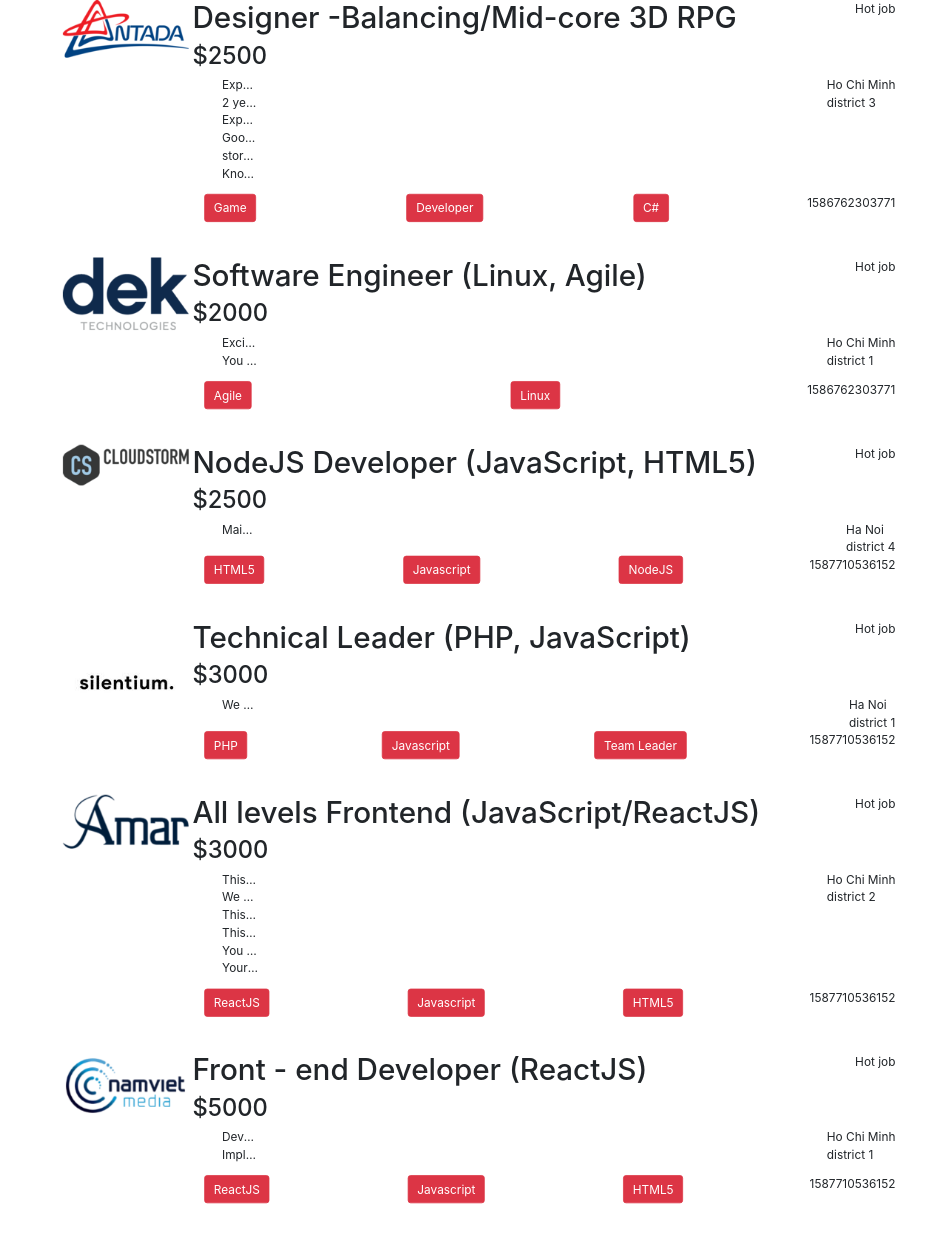
Repository: tts2610/itviec-clone
Page: /
The author's editor kept a copy of each file at every save. The page is drawn from the files as they stood at one save, then again after the next save.
The browser window is 1280 px wide. The pictures show the whole page, at 74% of full size.
The project was rebuilt for these pictures with package versions that can differ from the ones it lists, and the page was loaded fresh each time. Requests to the local data server were answered from the project's data file. Also part of the build but not shown: src/pages/Login.js, src/pages/Detail.js.

Above is the page before, as saved 2020-06-08 15:35:13.

After the next save:
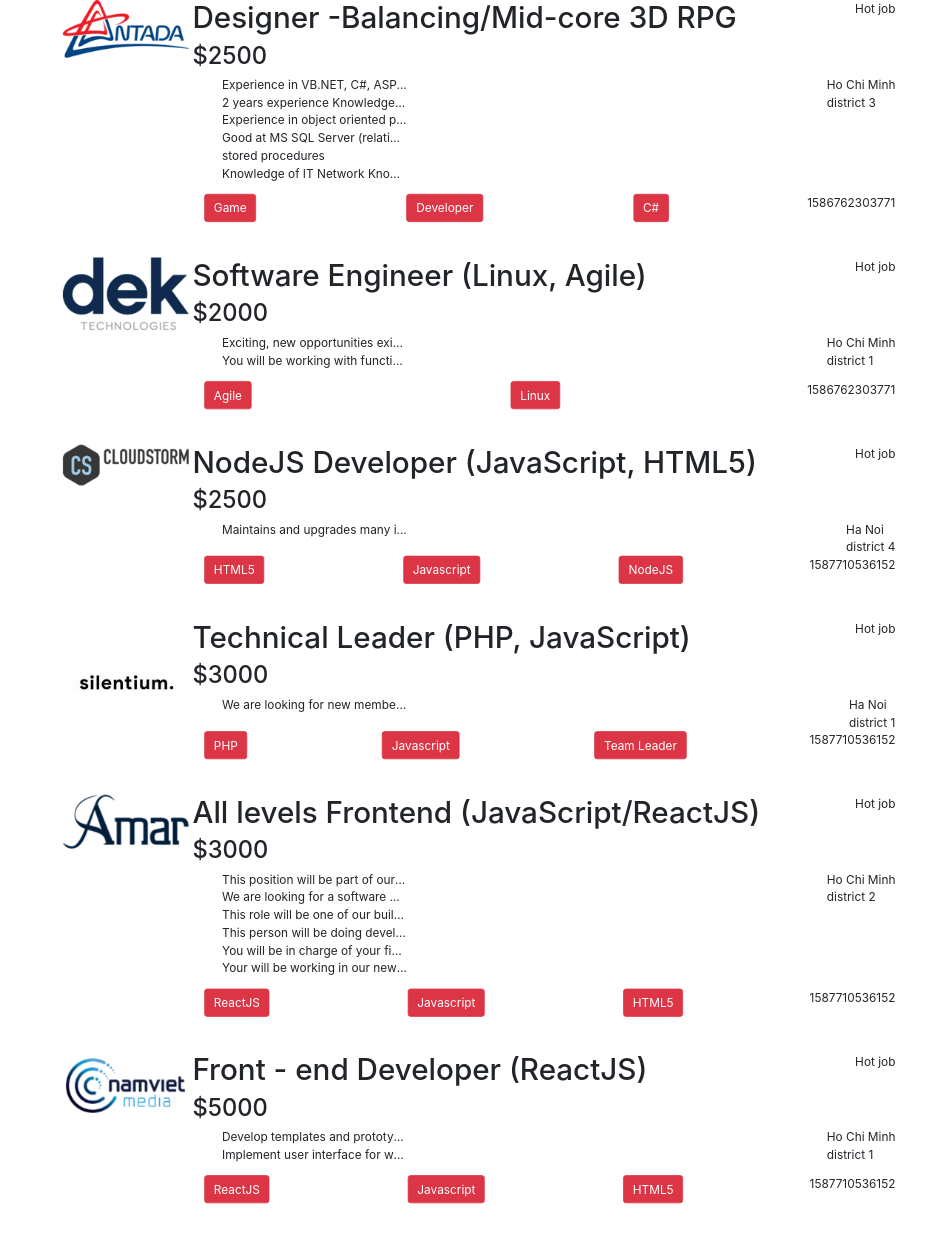
Saved 5 s later.
--- a/src/App.css
+++ b/src/App.css
@@ -40,7 +40,7 @@
 .desRow div ul li {
     display: block;
     white-space: nowrap;
-    width: 50px;
+    width: 250px;
     overflow: hidden;
     text-overflow: ellipsis;
 }
